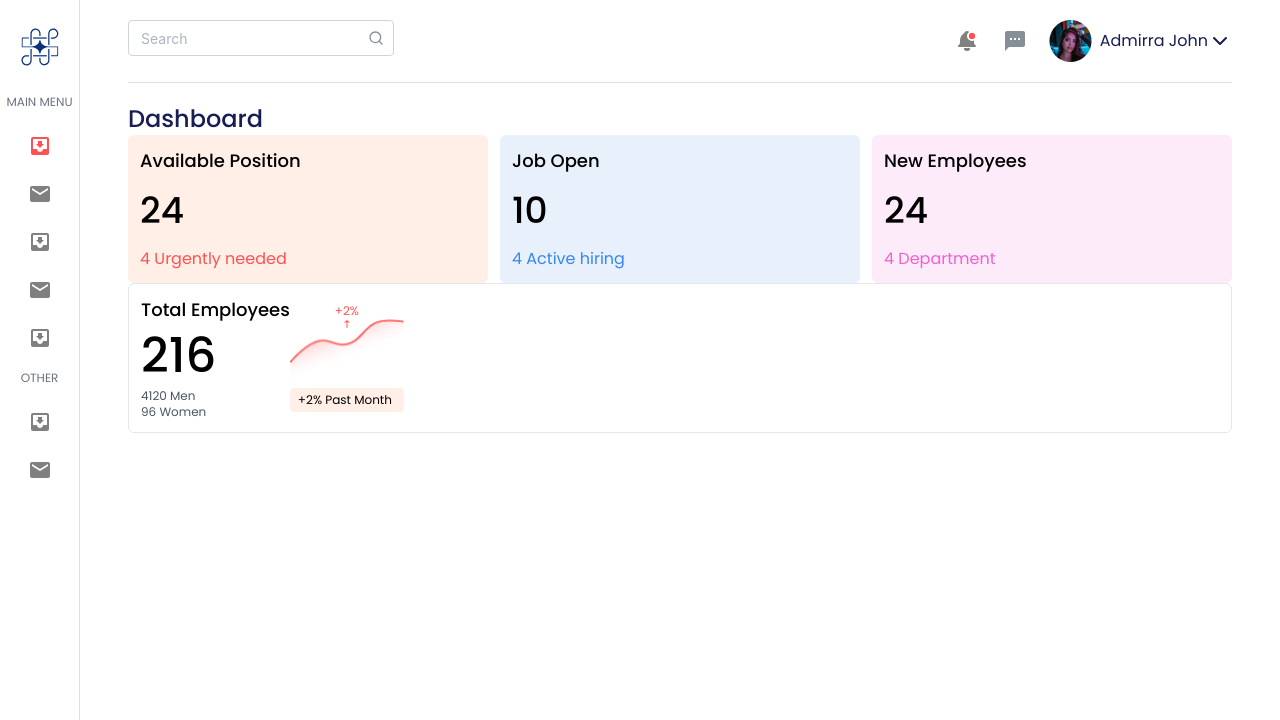
Repository: SatyaDewangan05/sample-dashboard
Page: /
An editor plug-in stored every save of this project. The page is shown before and after the next save, followed by the edit.
The browser window is 1280 px wide. The pictures show the whole page.
The project was rebuilt for these pictures with package versions that can differ from the ones it lists, and the page was loaded fresh each time. The framework's server and built-in components were replaced by stand-ins that run in the browser. Also part of the build but not shown: next.config.mjs.

Above is the page before, as saved 2024-09-22 00:29:17.

After the next save:
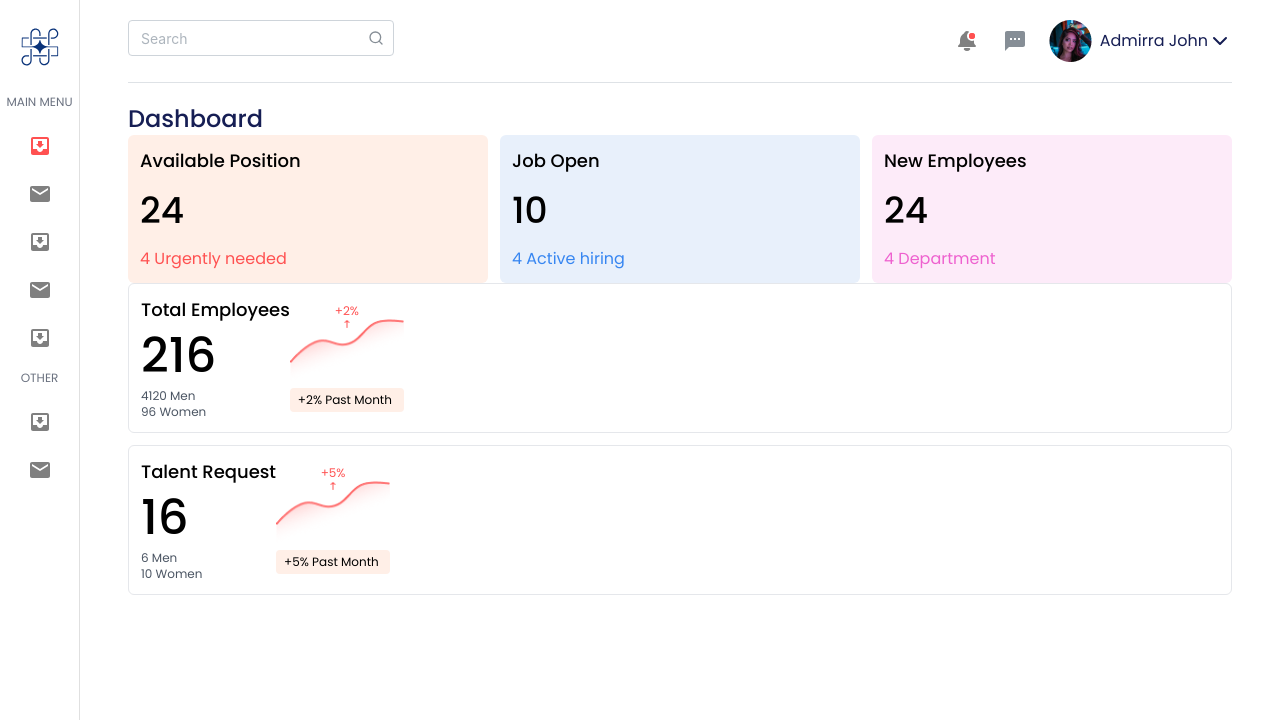
Saved 96 s later.
--- a/src/app/page.jsx
+++ b/src/app/page.jsx
@@ -97,6 +97,12 @@ export default function Home() {
               texts={["4120 Men", "96 Women"]}
               variation="+2%"
             />
+            <DetailChart
+              heading="Talent Request"
+              figure={16}
+              texts={["6 Men", "10 Women"]}
+              variation="+5%"
+            />
           </div>
         </div>
       </div>
